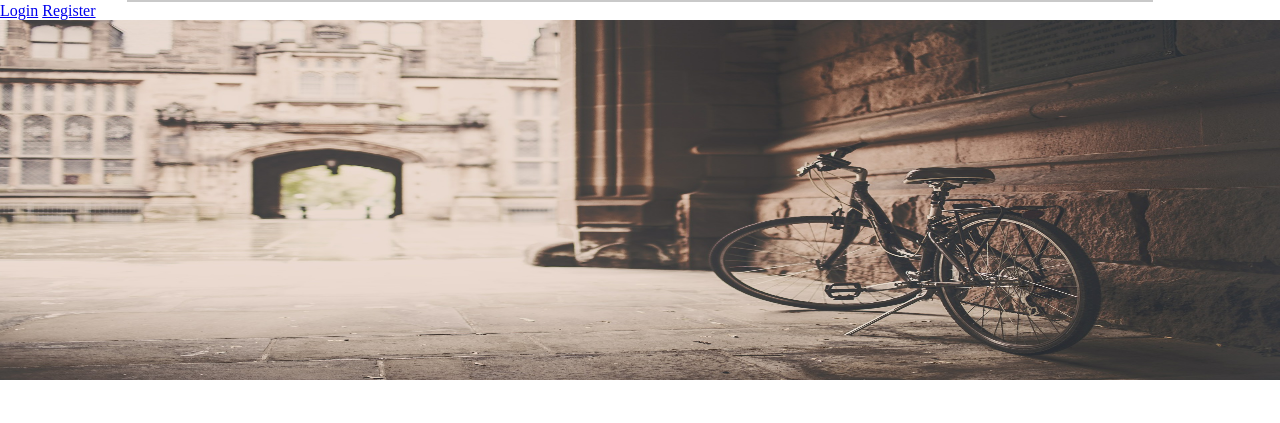
Repository: PatryxB/bikeService
Page: http://localhost/
These files come from the project's save history. The page is drawn as it stood at one moment and after the next save; the edit follows.
The browser window is 1280 px wide. The pictures show the whole page.
The page is served by the project's Laravel application, run on PHP 8.4 with Laravel 8. Style sheets and scripts are compiled from the project's sources, by tool versions that may differ from the author's.

Above is the page before, as saved 2020-05-01 13:46:04.

After the next save:
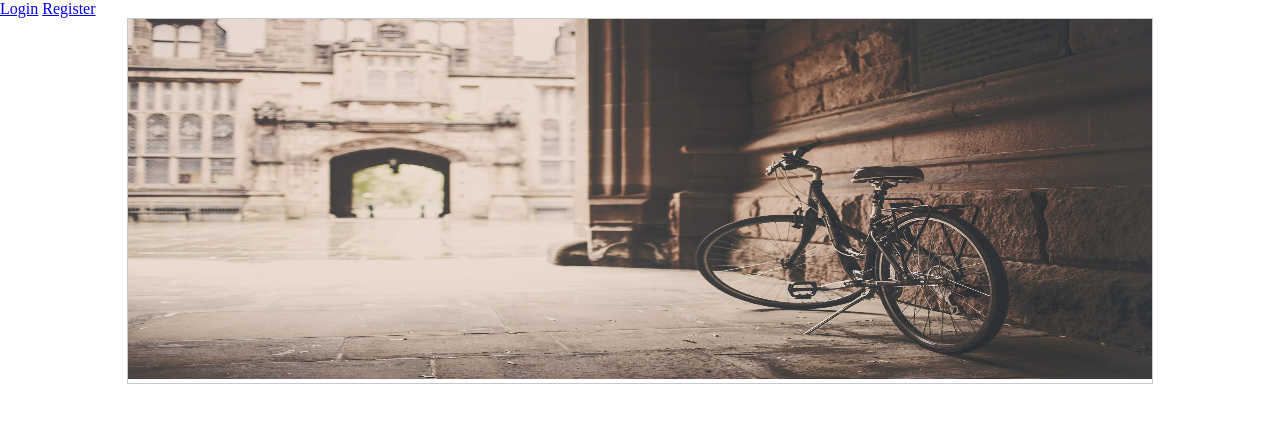
Saved 83 s later.
--- a/resources/views/welcome.blade.php
+++ b/resources/views/welcome.blade.php
@@ -11,18 +11,18 @@
     </head>
     <body>
 
+    @extends('layouts.app')
+    @section('content')
+
         <div class="container">
-
-            @extends('layouts.app')
-            @section('content')
 
             <div class="banner">
                 <img src="{{asset('/img/bikebanner.jpg')}}" alt="">
             </div>
 
-            @endsection
+        </div>
 
-        </div>
+    @endsection
 
     </body>
 </html>
